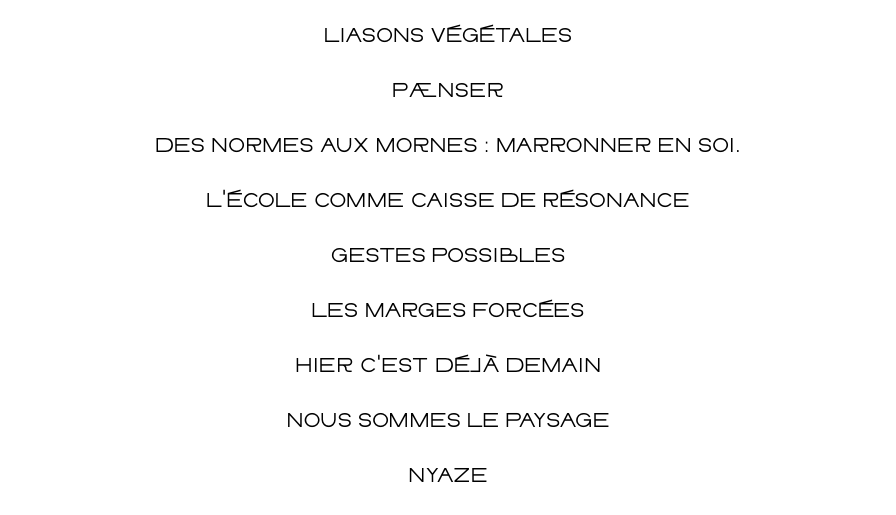
Repository: brunrhb/oce-p
Page: index.html
These files come from the project's save history. The page is drawn as it stood at one moment and after the next save; the edit follows.
The browser window is 1280 px wide. The pictures show the part of the page from y = 0 to 1920 px (the page is 736 px tall before and 3029 px after), at 70% of full size.

Above is the page before, as saved 2025-09-17 17:57:04.

After the next save:
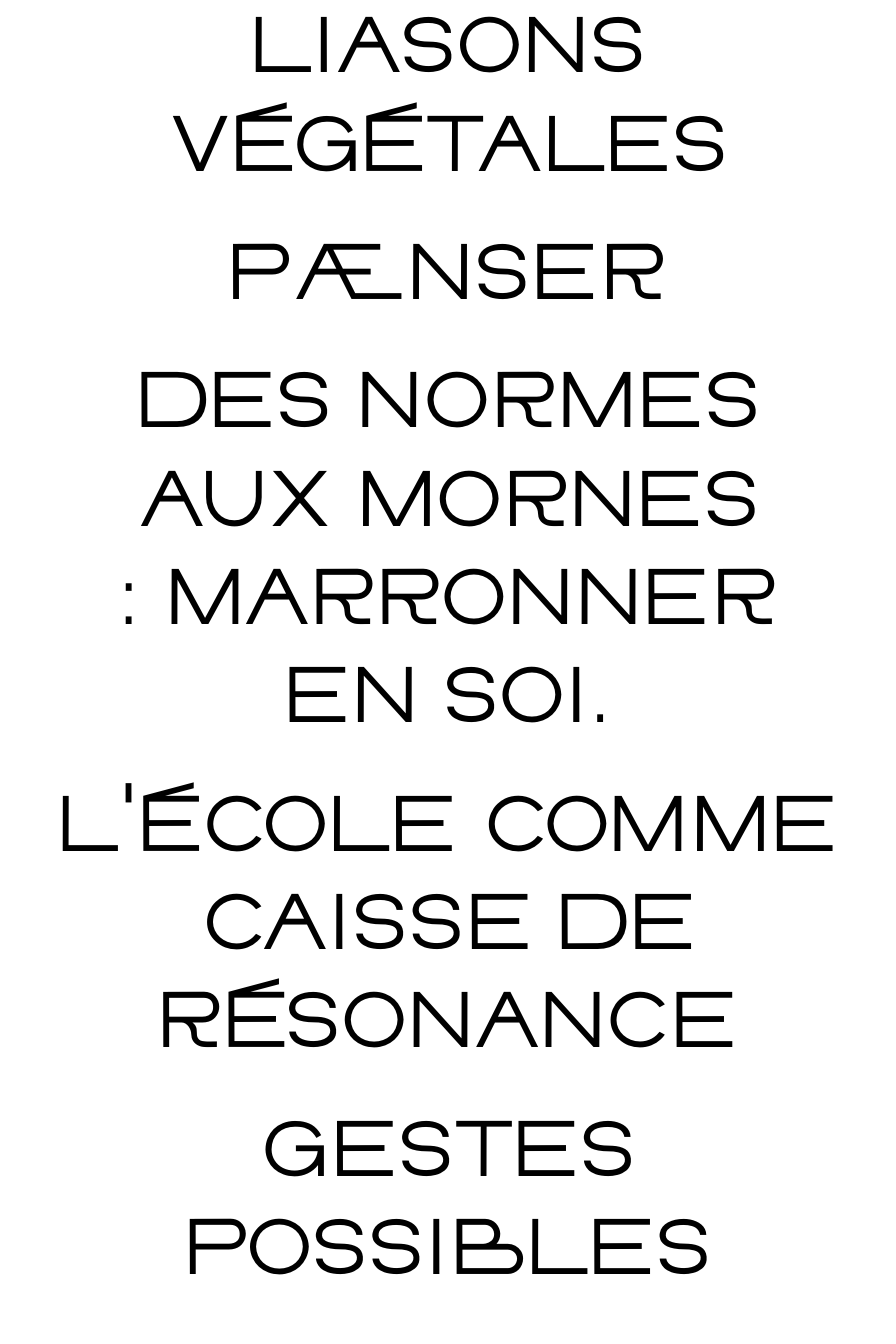
Saved 113 s later.
--- a/styles.css
+++ b/styles.css
@@ -155,7 +155,7 @@ body {
 }
 
 .PROJET {
-  font-size: calc(1.618*(1.618*(0.3rem + 0.2vw + 0.7vh))) ;
+  font-size: calc(1.618*(1.618*(3rem + 1vh - 0.5vw))) ;
   font-family: DINdong;
 
   padding: 0;
